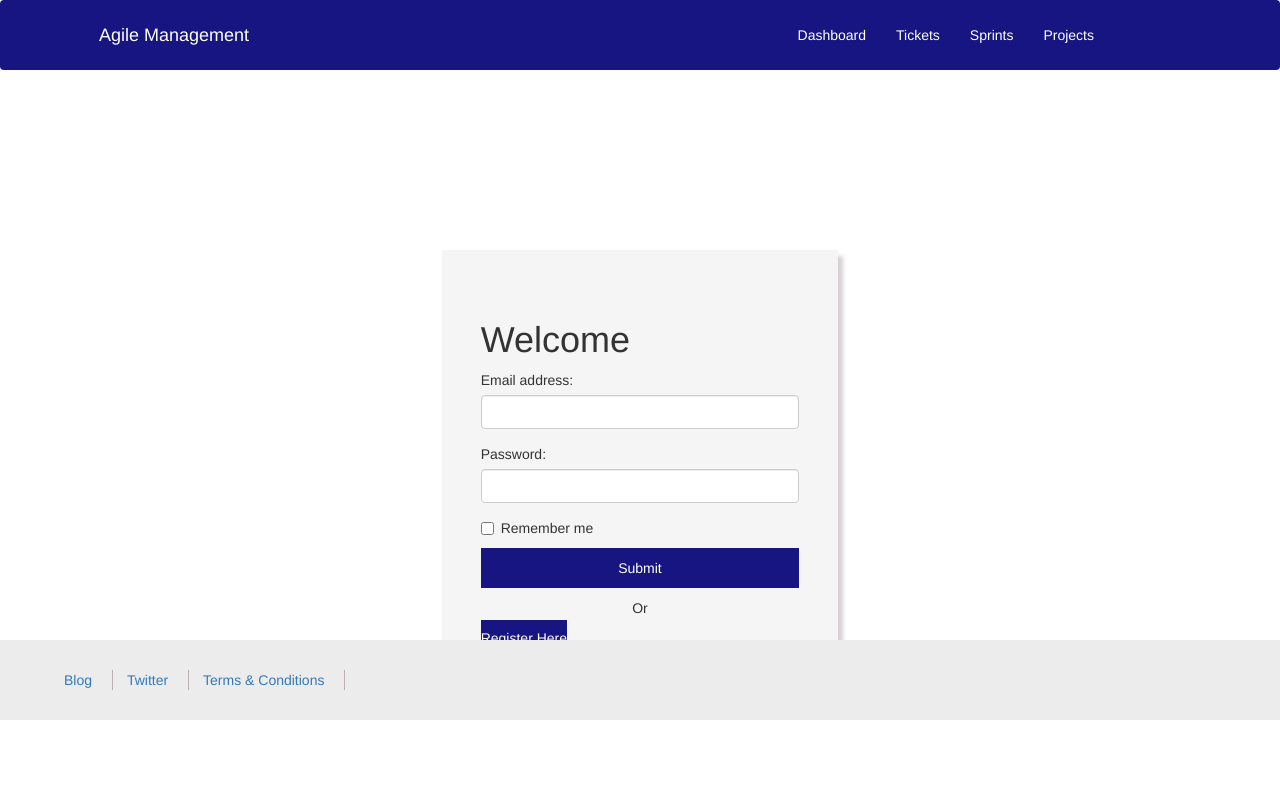
Repository: princexavier/agil
Page: http://localhost/Agile/login.jsp
The author's editor kept a copy of each file at every save. The page is drawn from the files as they stood at one save, then again after the next save.
The browser window is 1280 px wide. The pictures show the whole page.
Some web libraries are served in a nearby version. The page is served by Tomcat 9.

Above is the page before, as saved 2018-01-19 08:39:14.

After the next save:
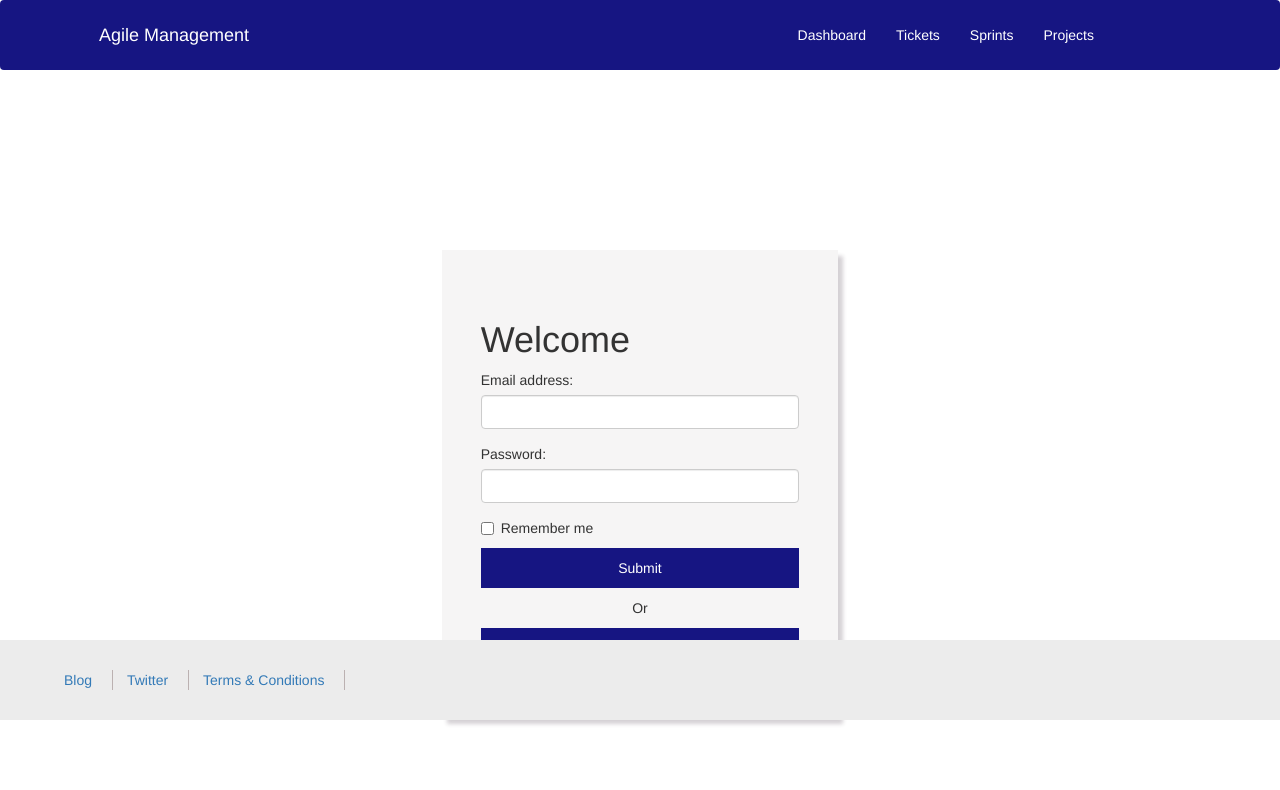
Saved 22 s later.
--- a/workspace/Agile/WebContent/login.jsp
+++ b/workspace/Agile/WebContent/login.jsp
@@ -57,8 +57,8 @@
 					<input type="submit"
 						style="padding: 10px 0px; border: none; width: 100%; background: #161582; color: #fff;">
 					<span style="display: block; text-align: center; padding: 10px;">Or</span>
-					<a href="index.jsp"
-						style="padding: 10px 0px; border: none; width: 100%; background: #161582; color: #fff;">Register
+					<a href="index.jsp"]
+						style="display:block;padding: 10px 0px; border: none; width: 100%; background: #161582; color: #fff;">Register
 						Here</a>
 				</form>
 
